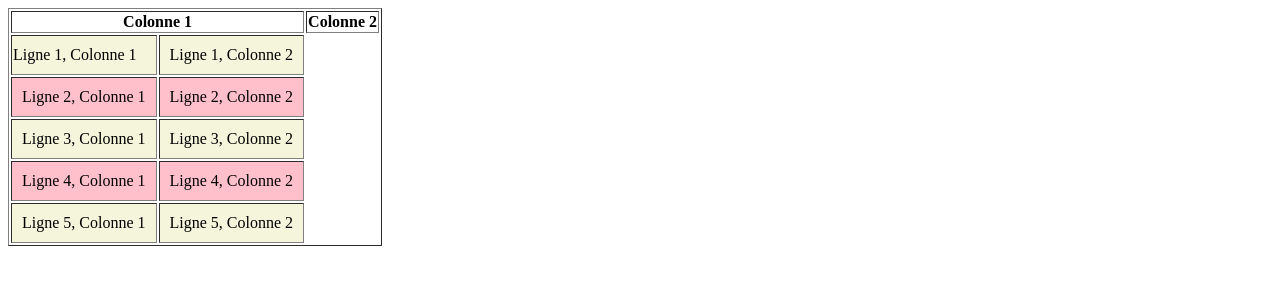
Repository: Chaimaa482/web-tp4
Page: ex1.html
The author's editor kept a copy of each file at every save. The page is drawn from the files as they stood at one save, then again after the next save.
The browser window is 1280 px wide. The pictures show the whole page.

Above is the page before, as saved 2023-10-22 15:40:01.

After the next save:
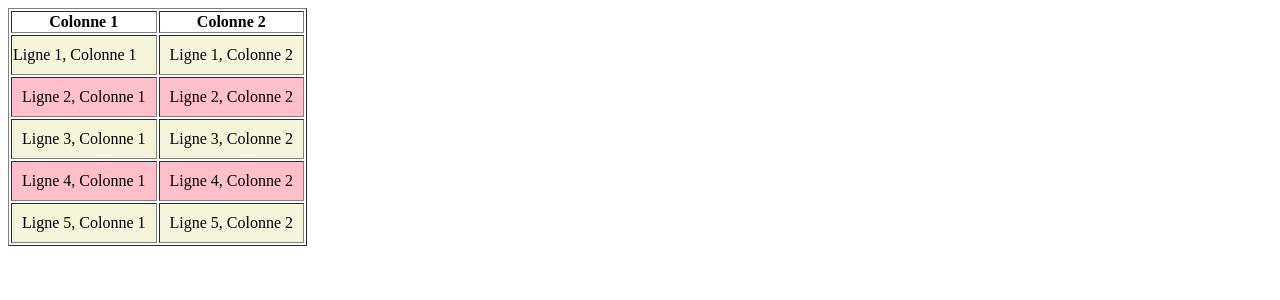
Saved 5 s later.
--- a/ex1.html
+++ b/ex1.html
@@ -34,9 +34,7 @@
         var table = document.getElementById("myTable");
         var cells = table.getElementsByTagName("td");
 
-        // Fusionner les cellules de la première ligne
-var th = table.querySelector("tr th:first-child");
-th.colSpan = 2;
+
 
 
         // Donner une couleur de fond rose aux lignes paires et beige aux lignes impaires
